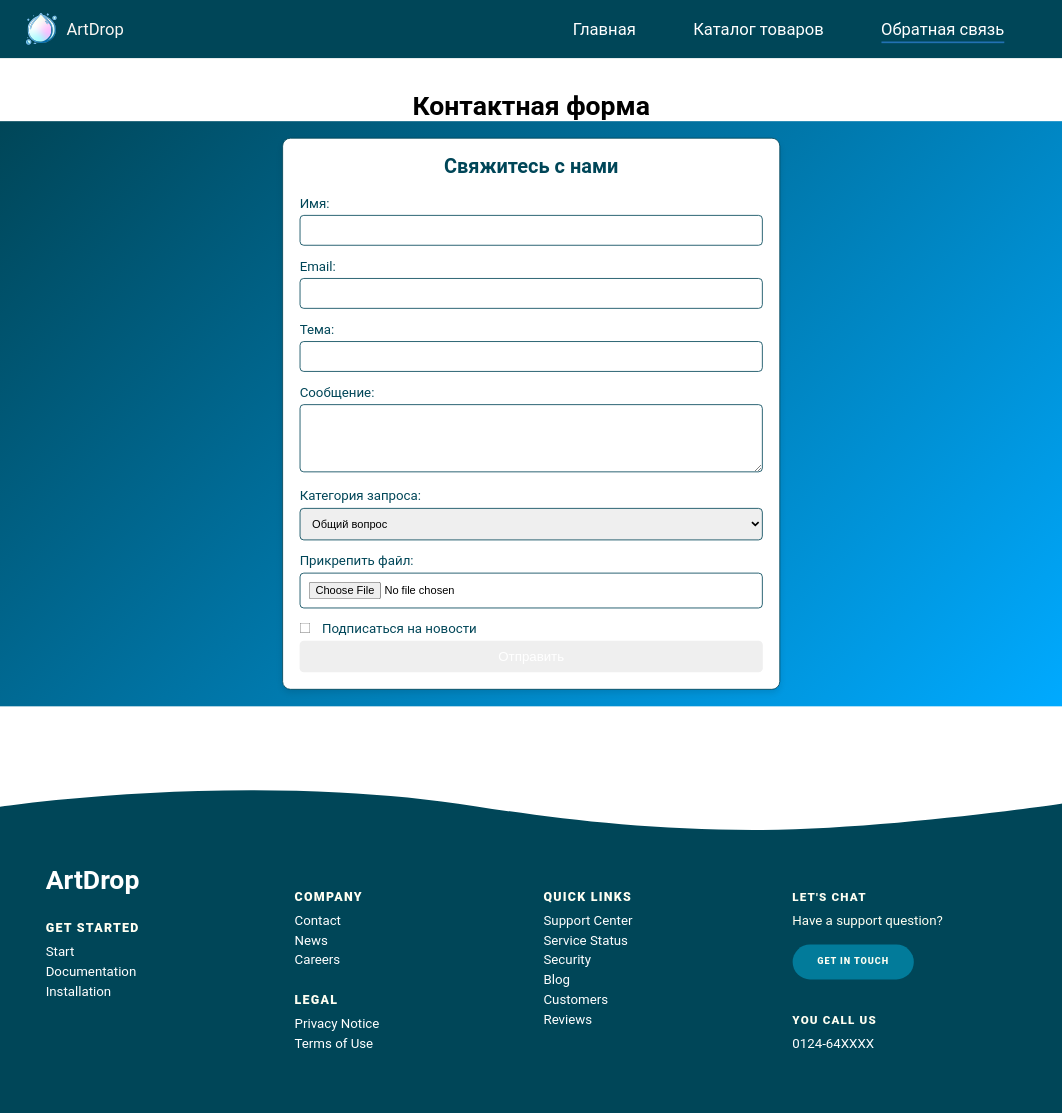
Repository: mnats725/art-drop
Page: contact-us.html
These files come from the project's save history. The page is drawn as it stood at one moment and after the next save; the edit follows.
The browser window is 1280 px wide. The pictures show the whole page, at 83% of full size.

Above is the page before, as saved 2024-05-21 13:40:25.
Console error: TypeError: Cannot read properties of null (reading 'querySelectorAll')

### contact-us.html
<!DOCTYPE html>
<html lang="en">
<head>
    <meta charset="UTF-8">
    <meta http-equiv="X-UA-Compatible" content="IE=edge">
    <meta name="viewport" content="width=device-width, initial-scale=1.0">
    <title>ArtDrop</title>
    <link rel="stylesheet" href="../css/style.css">
    <link rel="stylesheet" href="./css/contact-us.css">
    <link href="https://fonts.googleapis.com/css2?family=Montserrat:wght@400;700&display=swap" rel="stylesheet">
</head>
<body>
    <div class="wrapper">
        <header class="header">
            <!-- Шапка -->
            <div class="logo">
                <a href="index.html">
                    <img src="./assets/img/logo.svg" alt="ArtDrop Logo">
                    <span>ArtDrop</span>
                </a>
            </div>
            <!-- Меню сайта -->
            <nav class="nav">
              <ul>
                  <li><a href="index.html">Главная</a></li>
                  <li><a href="catalog.html">Каталог товаров</a></li>
                  <li class="active"><a href="contact-us.html">Обратная связь</a></li>
              </ul>
          </nav>


            <!-- Иконка бургерменю -->
            <div class="burger">
                <span></span>
            </div>
        </header>
    </div>

    <div class="contact-us-title"> <h1>Контактная форма</h1></div>

    <div class="contact-us-content">
      <form class="contact-form">
          <h2>Свяжитесь с нами</h2>

          <label for="name">Имя:</label>
          <input type="text" id="name" name="name" required>

          <label for="email">Email:</label>
          <input type="email" id="email" name="email" required>

          <label for="subject">Тема:</label>
          <input type="text" id="subject" name="subject" required>

          <label for="message">Сообщение:</label>
          <textarea id="message" name="message" rows="4" required></textarea>

          <label for="category">Категория запроса:</label>
          <select id="category" name="category">
              <option value="general">Общий вопрос</option>
              <option value="support">Техническая поддержка</option>
              <option value="sales">Продажи</option>
              <option value="feedback">Обратная связь</option>
          </select>

          <label for="file">Прикрепить файл:</label>
          <input type="file" id="file" name="file">

          <label for="subscribe">
              <input type="checkbox" id="subscribe" name="subscribe">
              Подписаться на новости
          </label>

          <button type="submit">Отправить</button>
      </form>
  </div>

    <div class="pg-footer">
        <footer class="footer">
          <svg class="footer-wave-svg" xmlns="http://www.w3.org/2000/svg" viewBox="0 0 1200 100" preserveAspectRatio="none">
            <path class="footer-wave-path" d="M851.8,100c125,0,288.3-45,348.2-64V0H0v44c3.7-1,7.3-1.9,11-2.9C80.7,22,151.7,10.8,223.5,6.3C276.7,2.9,330,4,383,9.8 c52.2,5.7,103.3,16.2,153.4,32.8C623.9,71.3,726.8,100,851.8,100z"></path>
          </svg>
          <div class="footer-content">
            <div class="footer-content-column">
              <div class="footer-logo">
                <a class="footer-logo-link" href="#">
                  <span class="hidden-link-text">ArtDrop</span>
                  <h1>ArtDrop</h1>
                </a>
              </div>
              <div class="footer-menu">
                <h2 class="footer-menu-name"> Get Started</h2>
                <ul id="menu-get-started" class="footer-menu-list">
                  <li class="menu-item menu-item-type-post_type menu-item-object-product">
                    <a href="#">Start</a>
                  </li>
                  <li class="menu-item menu-item-type-post_type menu-item-object-product">
                    <a href="#">Documentation</a>
                  </li>
                  <li class="menu-item menu-item-type-post_type menu-item-object-product">
                    <a href="#">Installation</a>
                  </li>
                </ul>
              </div>
            </div>
            <div class="footer-content-column">
              <div class="footer-menu">
                <h2 class="footer-menu-name"> Company</h2>
                <ul id="menu-company" class="footer-menu-list">
                  <li class="menu-item menu-item-type-post_type menu-item-object-page">
                    <a href="#">Contact</a>
                  </li>
                  <li class="menu-item menu-item-type-taxonomy menu-item-object-category">
                    <a href="#">News</a>
                  </li>
                  <li class="menu-item menu-item-type-post_type menu-item-object-page">
                    <a href="#">Careers</a>
                  </li>
                </ul>
              </div>
              <div class="footer-menu">
                <h2 class="footer-menu-name"> Legal</h2>
                <ul id="menu-legal" class="footer-menu-list">
                  <li class="menu-item menu-item-type-post_type menu-item-object-page menu-item-privacy-policy menu-item-170434">
                    <a href="#">Privacy Notice</a>
                  </li>
                  <li class="menu-item menu-item-type-post_type menu-item-object-page">
                    <a href="#">Terms of Use</a>
                  </li>
                </ul>
              </div>
            </div>
            <div class="footer-content-column">
              <div class="footer-menu">
                <h2 class="footer-menu-name"> Quick Links</h2>
                <ul id="menu-quick-links" class="footer-menu-list">
                  <li class="menu-item menu-item-type-custom menu-item-object-custom">
                    <a target="_blank" rel="noopener noreferrer" href="#">Support Center</a>
                  </li>
                  <li class="menu-item menu-item-type-custom menu-item-object-custom">
                    <a target="_blank" rel="noopener noreferrer" href="#">Service Status</a>
                  </li>
                  <li class="menu-item menu-item-type-post_type menu-item-object-page">
                    <a href="#">Security</a>
                  </li>
                  <li class="menu-item menu-item-type-post_type menu-item-object-page">
                    <a href="#">Blog</a>
                  </li>
                  <li class="menu-item menu-item-type-post_type_archive menu-item-object-customer">
                    <a href="#">Customers</a></li>
                  <li class="menu-item menu-item-type-post_type menu-item-object-page">
                    <a href="#">Reviews</a>
                  </li>
                </ul>
              </div>
            </div>
            <div class="footer-content-column">
              <div class="footer-call-to-action">
                <h2 class="footer-call-to-action-title"> Let's Chat</h2>
                <p class="footer-call-to-action-description"> Have a support question?</p>
                <a class="footer-call-to-action-button button" href="#" target="_self"> Get in Touch </a>
              </div>
              <div class="footer-call-to-action">
                <h2 class="footer-call-to-action-title"> You Call Us</h2>
                <p class="footer-call-to-action-link-wrapper"> <a class="footer-call-to-action-link" href="tel:0124-64XXXX" target="_self"> 0124-64XXXX </a></p>
              </div>
            </div>
        </footer>
      </div>
    <script>
        document.querySelector('.burger').addEventListener('click', function() {
            this.classList.toggle('active');
            document.querySelector('.nav').classList.toggle('open');
        })
        document.addEventListener("DOMContentLoaded", function () {
        let carousel = document.querySelector(".carousel");
       let items = carousel.querySelectorAll(".item");
        let dotsContainer = document.querySelector(".dots");

       // Insert dots into the DOM
       items.forEach((_, index) => {
      let dot = document.createElement("span");
      dot.classList.add("dot");
      if (index === 0) dot.classList.add("active");
      dot.dataset.index = index;
    dotsContainer.appendChild(dot);
  });

  let dots = document.querySelectorAll(".dot");

  // Function to show a specific item
  function showItem(index) {
    items.forEach((item, idx) => {
      item.classList.remove("active");
      dots[idx].classList.remove("active");
      if (idx === index) {
        item.classList.add("active");
        dots[idx].classList.add("active");
      }
    });
  }

  // Event listeners for buttons
  document.querySelector(".prev").addEventListener("click", () => {
    let index = [...items].findIndex((item) =>
      item.classList.contains("active")
    );
    showItem((index - 1 + items.length) % items.length);
  });

  document.querySelector(".next").addEventListener("click", () => {
    let index = [...items].findIndex((item) =>
      item.classList.contains("active")
    );
    showItem((index + 1) % items.length);
  });

  // Event listeners for dots
  dots.forEach((dot) => {
    dot.addEventListener("click", () => {
      let index = parseInt(dot.dataset.index);
      showItem(index);
    });
  });
});

    </script>
</body>
</html>

### css/style.css
html, body {
    height: 100%;
    width: 100%;
    margin: 0;
    padding: 0;
}

body {
    display: flex;
    flex-direction: column;
    font-family: 'Roboto', sans-serif;
}

*{
    padding: 0;
    margin: 0;
    box-sizing: border-box;
}

.wrapper{
    flex-grow: 1;
}

.open{
    display: flex !important;
}

.header {
    display: flex;
    align-items: center;
    justify-content: space-between;
    min-height: 70px;
    background-color: #004658;
    color: #FAF6F2;
    padding: 0 30px;
    font-size: 20px;
}

.logo a {
    display: flex;
    align-items: center;
    text-decoration: none; /* Убираем подчеркивание ссылки */
    color: inherit; /* Наследуем цвет текста от родительского элемента */
}

.logo img {
    width: 40px; /* Укажите желаемую ширину для логотипа */
    height: auto;
    margin-right: 10px; /* Добавим небольшое расстояние между логотипом и текстом */
}

.nav {
    display: flex;
    width: 600px;
    padding: 0 40px;
}

.nav ul {
    width: 100%;
    list-style: none;
    display: flex;
    justify-content: space-between;
}

.nav ul li {
    position: relative; /* Добавим позиционирование для создания эффекта */
    cursor: pointer; /* Указатель при наведении для обозначения активного элемента */
    transition: color 0.3s ease; /* Анимация при наведении */
}

.nav ul li::after {
    content: '';
    position: absolute;
    bottom: -5px;
    left: 0;
    width: 0; /* Начальное значение нулевой ширины */
    height: 2px;
    background-color: #2271B3; /* Цвет линии */
    transition: width 0.3s ease; /* Анимация изменения ширины */
}

.nav ul li:hover::after {
    width: 100%; /* Увеличиваем ширину линии при наведении */
}

.nav ul li:hover,
.nav ul li.active { /* Изменение цвета текста при наведении и активном состоянии */
    color: #2271B3; /* Цвет текста при наведении и активном состоянии */
}

.nav ul li.active::after {
    content: '';
    position: absolute;
    bottom: -5px;
    left: 0;
    width: 100%;
    height: 2px;
    background-color: #2271B3; /* Цвет подчеркивания активного элемента */
}

* {
    margin: 0;
    padding: 0;
  }
  a {
    color: #fff;
    text-decoration: none;
  }



  .footer {
    margin-top: 100px;
      background-color: #004658;
      color: #fff;

  }
  .footer-wave-svg {
      background-color: transparent;
      display: block;
      height: 30px;
      position: relative;
      top: -1px;
      width: 100%;
  }
  .footer-wave-path {
      fill: white;
  }

  .footer-content {
      margin-left: auto;
      margin-right: auto;
      max-width: 1230px;

      padding: 40px 15px 815px;
      position: relative;
  }

  .footer-content-column {
      box-sizing: border-box;
      float: left;
      padding-left: 15px;
      padding-right: 15px;
      width: 100%;
      color: #fff;
  }

  .footer-content-column ul li a {
    color: #fff;
    text-decoration: none;
  }

  .footer-logo-link {
      display: inline-block;
  }
  .footer-menu {
      margin-top: 30px;
  }

  .footer-menu-name {
      color: #fffff2;
      font-size: 15px;
      font-weight: 900;
      letter-spacing: .1em;
      line-height: 18px;
      margin-bottom: 0;
      margin-top: 0;
      text-transform: uppercase;
  }
  .footer-menu-list {
      list-style: none;
      margin-bottom: 0;
      margin-top: 10px;
      padding-left: 0;
  }
  .footer-menu-list li {
      margin-top: 5px;
  }

  .footer-call-to-action-description {
      color: #fffff2;
      margin-top: 10px;
      margin-bottom: 20px;
  }
  .footer-call-to-action-button:hover {
      background-color: #fffff2;
      color: #00bef0;
  }
  .button:last-of-type {
      margin-right: 0;
  }
  .footer-call-to-action-button {
      background-color: #027b9a;
      border-radius: 21px;
      color: #fffff2;
      display: inline-block;
      font-size: 11px;
      font-weight: 900;
      letter-spacing: .1em;
      line-height: 18px;
      padding: 12px 30px;
      margin: 0 10px 10px 0;
      text-decoration: none;
      text-transform: uppercase;
      transition: background-color .2s;
      cursor: pointer;
      position: relative;
  }
  .footer-call-to-action {
      margin-top: 30px;
  }
  .footer-call-to-action-title {
      color: #fffff2;
      font-size: 14px;
      font-weight: 900;
      letter-spacing: .1em;
      line-height: 18px;
      margin-bottom: 0;
      margin-top: 0;
      text-transform: uppercase;
  }
  .footer-call-to-action-link-wrapper {
      margin-bottom: 0;
      margin-top: 10px;
      color: #fff;
      text-decoration: none;
  }
  .footer-call-to-action-link-wrapper a {
      color: #fff;
      text-decoration: none;
  }





  .footer-social-links {
      bottom: 0;
      height: 54px;
      position: absolute;
      right: 0;
      width: 236px;
  }

  .footer-social-amoeba-svg {
      height: 54px;
      left: 0;
      display: block;
      position: absolute;
      top: 0;
      width: 236px;
  }

  .footer-social-amoeba-path {
      fill: #027b9a;
  }

  .footer-social-link.linkedin {
      height: 26px;
      left: 3px;
      top: 11px;
      width: 26px;
  }

  .footer-social-link {
      display: block;
      padding: 10px;
      position: absolute;
  }

  .hidden-link-text {
      position: absolute;
      clip: rect(1px 1px 1px 1px);
      clip: rect(1px,1px,1px,1px);
      -webkit-clip-path: inset(0px 0px 99.9% 99.9%);
      clip-path: inset(0px 0px 99.9% 99.9%);
      overflow: hidden;
      height: 1px;
      width: 1px;
      padding: 0;
      border: 0;
      top: 50%;
  }

  .footer-social-icon-svg {
      display: block;
  }

  .footer-social-icon-path {
      fill: #fffff2;
      transition: fill .2s;
  }

  .footer-social-link.twitter {
      height: 28px;
      left: 62px;
      top: 3px;
      width: 28px;
  }

  .footer-social-link.youtube {
      height: 24px;
      left: 123px;
      top: 12px;
      width: 24px;
  }

  .footer-social-link.github {
      height: 34px;
      left: 172px;
      top: 7px;
      width: 34px;
  }


  /* Media Query For different screens */
  @media (min-width:320px) and (max-width:479px)  { /* smartphones, portrait iPhone, portrait 480x320 phones (Android) */
    .footer-content {
      margin-left: auto;
      margin-right: auto;
      max-width: 1230px;
      padding: 40px 15px 1050px;
      position: relative;
    }
  }
  @media (min-width:480px) and (max-width:599px)  { /* smartphones, Android phones, landscape iPhone */
    .footer-content {
      margin-left: auto;
      margin-right: auto;
      max-width: 1230px;
      padding: 40px 15px 1050px;
      position: relative;
    }
  }
  @media (min-width:600px) and (max-width: 800px)  { /* portrait tablets, portrait iPad, e-readers (Nook/Kindle), landscape 800x480 phones (Android) */
    .footer-content {
      margin-left: auto;
      margin-right: auto;
      max-width: 1230px;
      padding: 40px 15px 1050px;
      position: relative;
    }
  }
  @media (min-width:801px)  { /* tablet, landscape iPad, lo-res laptops ands desktops */

  }
  @media (min-width:1025px) { /* big landscape tablets, laptops, and desktops */

  }
  @media (min-width:1281px) { /* hi-res laptops and desktops */

  }




  @media (min-width: 760px) {
    .footer-content {
        margin-left: auto;
        margin-right: auto;
        max-width: 1230px;
        padding: 40px 15px 300px;
        position: relative;
    }

    .footer-wave-svg {
        height: 50px;
    }

    .footer-content-column {
        width: 24.99%;
    }
  }
  @media (min-width: 568px) {
    /* .footer-content-column {
        width: 49.99%;
    } */
  }


.burger{
    display: none;
    position: relative;
    z-index: 50;
    align-items: center;
    justify-content: flex-end;
    width: 30px;
    height: 18px;
}

.burger span{
    height: 2px;
    width: 80%;
    transform: scale(1);
    background-color: #FAF6F2;
}

.burger::before, .burger::after{
    content: '';
    position: absolute;
    height: 2px;
    width: 100%;
    background-color: #FAF6F2;
    transition: all 0.3s ease 0s;
}

.burger::before { top: 0 }

.burger::after { bottom: 0 }


/* Добавляем класс active для анимации иконки бургера */
.burger.active span { transform: scale(0) }

.burger.active::before{
    top: 50%;
    transform: rotate(-45deg) translate(0, -50%);
}

.burger.active::after{
    bottom: 50%;
    transform: rotate(45deg) translate(0, 50%);
}


/* При разрешении экрана 900px и ниже, выводим на экран иконку бургера */
@media (max-width: 900px) {

    .burger { display: flex }

    .nav{
        display: none;
        flex-direction: column;
        position: fixed;
        height: 100%;
        width: 100%;
        top: 0; bottom: 0; left: 0; right: 0;
        z-index: 50;
        overflow-y: auto;
        padding: 50px 40px;
        background-color: #388ae7;
        animation: burgerAnimation 0.4s;
    }

    .nav ul{
        flex-direction: column;
        row-gap: 30px;
    }


}

@keyframes burgerAnimation {
    from {opacity: 0}
    to {opacity: 1}
}

### css/contact-us.css
.contact-us-title {
  text-align: center;
  padding-top: 3%;
  margin: 0 auto;
}

.contact-us-content {
  display: flex;
  justify-content: center;
  align-items: center;
  padding: 20px;
  background: linear-gradient(135deg, #004658, #00aaff); /* Градиентный фон */
  height: 100vh; /* Высота на весь экран */
}

.contact-form {
  background-color: #ffffff;
  border: 1px solid #004658;
  border-radius: 10px;
  padding: 20px;
  width: 100%;
  max-width: 600px;
  box-shadow: 0 4px 8px rgba(0, 0, 0, 0.1);
}

.contact-form h2 {
  color: #004658;
  margin-bottom: 20px;
  text-align: center;
}

.contact-form label {
  display: block;
  margin-bottom: 5px;
  color: #004658;
}

.contact-form input[type="text"],
.contact-form input[type="email"],
.contact-form input[type="file"],
.contact-form select,
.contact-form textarea {
  width: 100%;
  padding: 10px;
  margin-bottom: 15px;
  border: 1px solid #004658;
  border-radius: 5px;
  box-sizing: border-box;
}

.contact-form input[type="checkbox"] {
  margin-right: 10px;
}

.contact-form button {

  color: #ffffff;
  border: none;
  padding: 10px 20px;
  border-radius: 5px;
  cursor: pointer;
  font-size: 1em;
  width: 100%;
  transition: background-color 0.3s ease;
}

.contact-form button:hover {
  background-color: #003244;
}

After the next save:
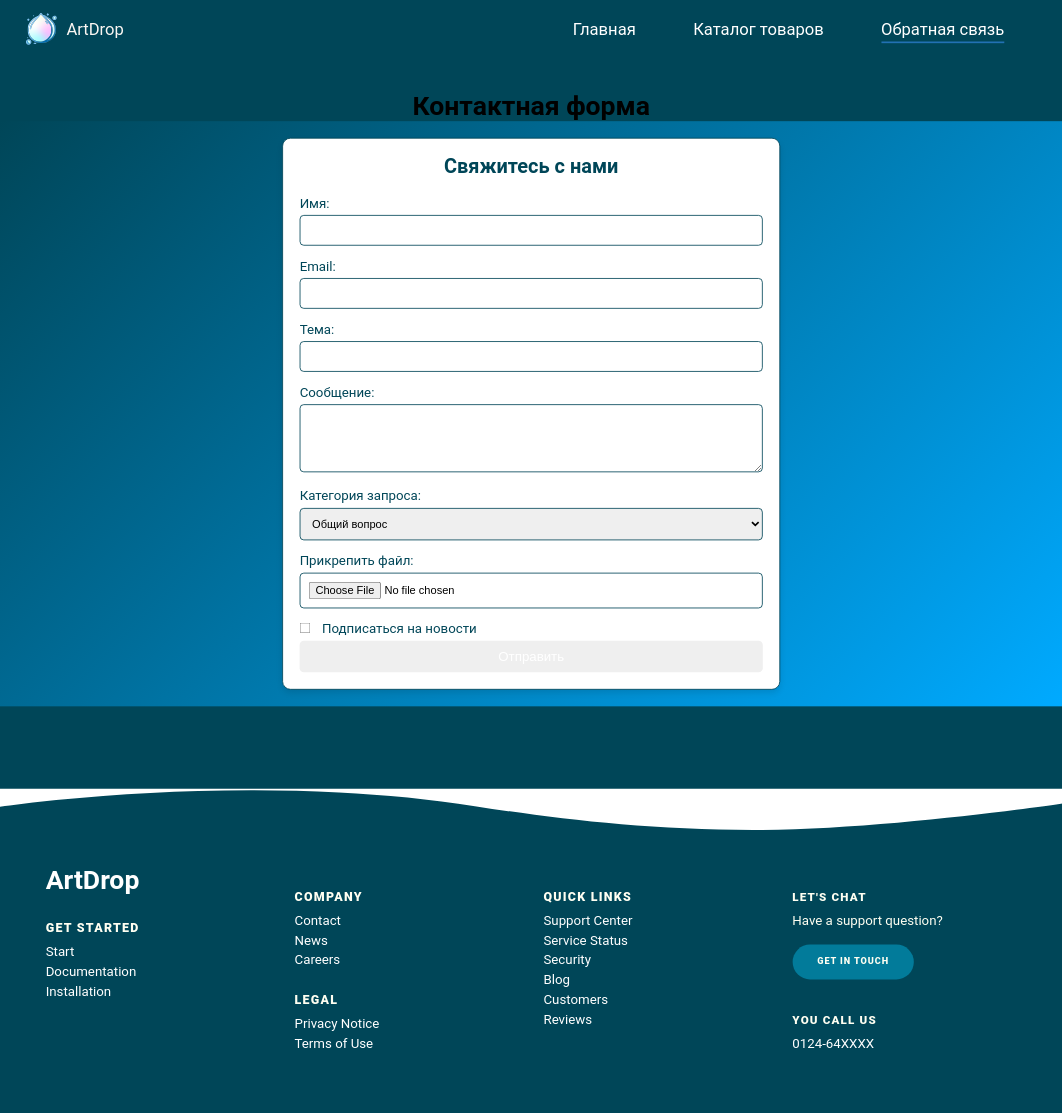
Saved 8 s later.
--- a/css/contact-us.css
+++ b/css/contact-us.css
@@ -1,3 +1,7 @@
+body {
+  background-color: #004658;
+}
+
 .contact-us-title {
   text-align: center;
   padding-top: 3%;

After the save that followed:
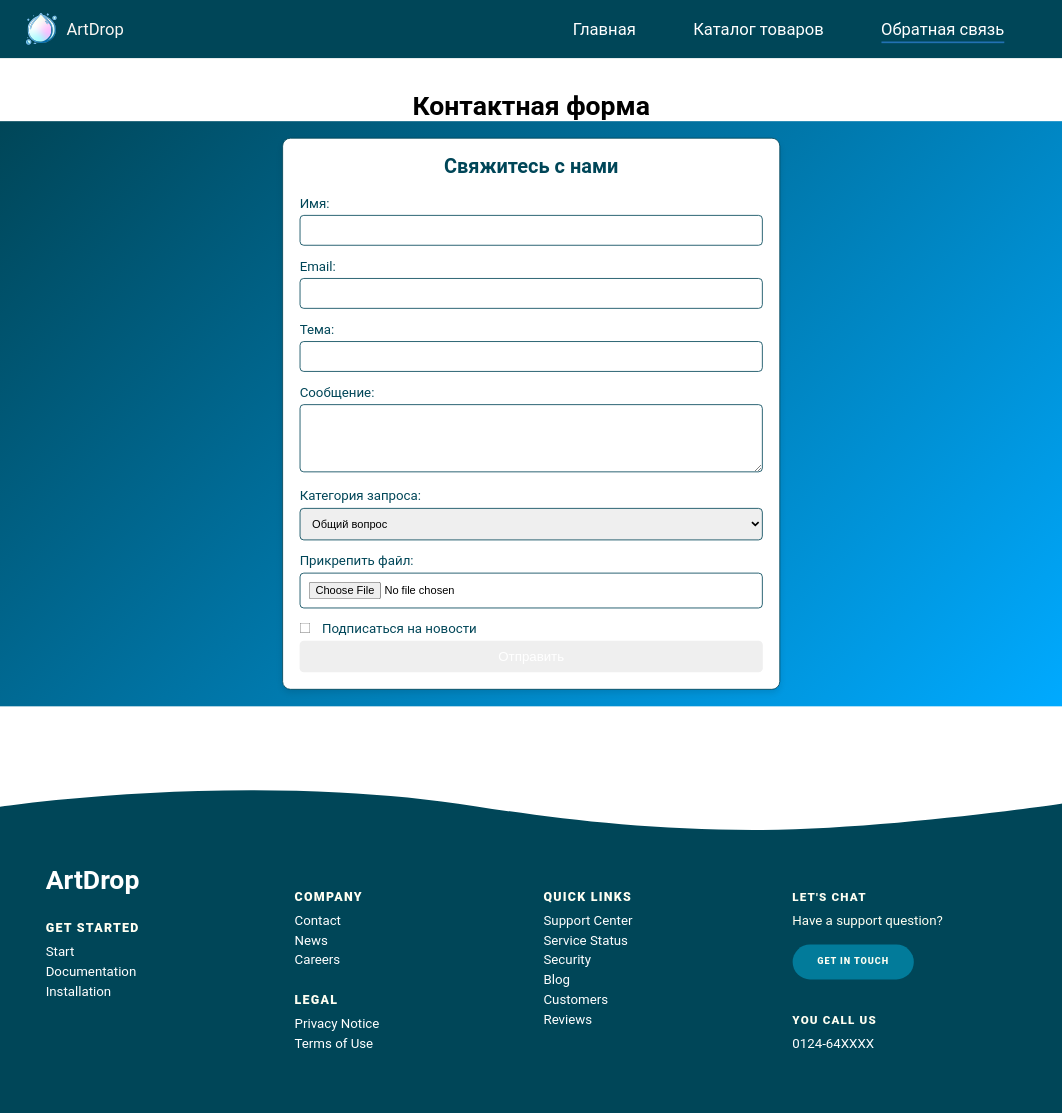
Saved 10 s later.
--- a/css/contact-us.css
+++ b/css/contact-us.css
@@ -1,6 +1,4 @@
-body {
-  background-color: #004658;
-}
+
 
 .contact-us-title {
   text-align: center;
